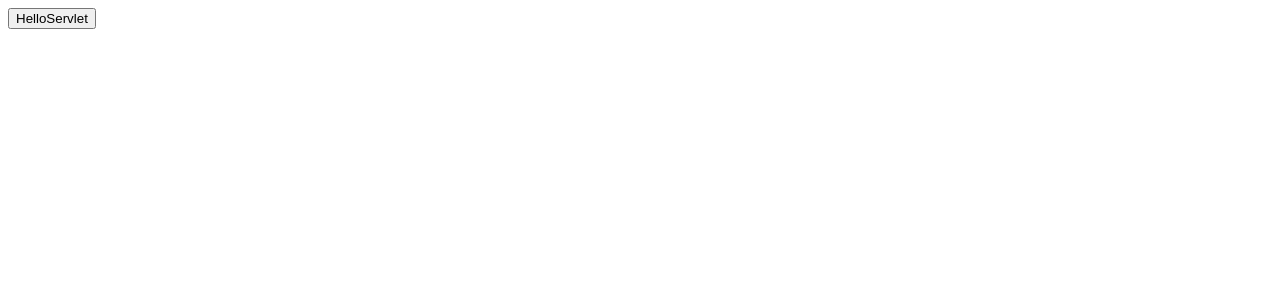
Repository: Rush-light/backup
Page: http://localhost/Helloservlet/
These files come from the project's save history. The page is drawn as it stood at one moment and after the next save; the edit follows.
The browser window is 1280 px wide. The pictures show the whole page.
The page is served by Tomcat 9. Other server files are loaded and not shown.

Above is the page before, as saved 2018-02-05 11:33:06.

### Helloservlet/WebContent/index.jsp
<%@ page language="java" contentType="text/html; charset=UTF-8"
    pageEncoding="UTF-8"%>
<!DOCTYPE html PUBLIC "-//W3C//DTD HTML 4.01 Transitional//EN" "http://www.w3.org/TR/html4/loose.dtd">
<html>
<head>
<meta http-equiv="Content-Type" content="text/html; charset=UTF-8">
<title>HelloServlet</title>
</head>
<body>

<input type="button" value="HelloServlet" onClick="location.href='HelloServlet'">

</body>
</html>

After the next save:
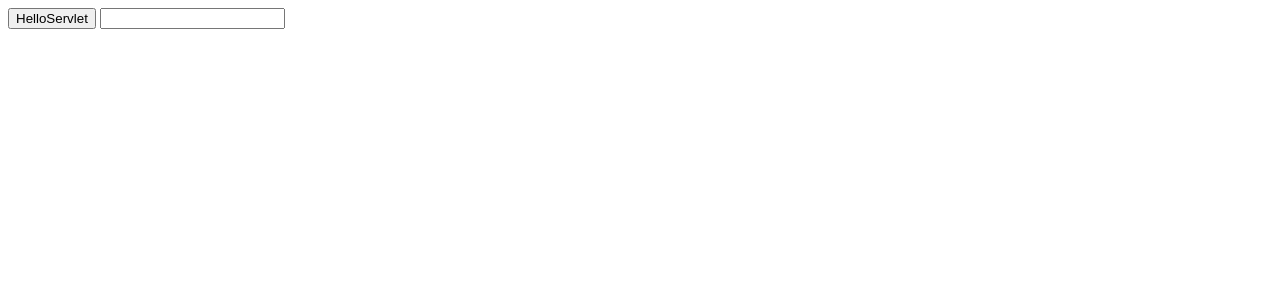
Saved 4 min 51 s later.
--- a/Helloservlet/WebContent/index.jsp
+++ b/Helloservlet/WebContent/index.jsp
@@ -9,6 +9,7 @@
 <body>
 
 <input type="button" value="HelloServlet" onClick="location.href='HelloServlet'">
+<input type="java" contentType="text/html; charaset=UTF-8" pageEncoding="UTF-8">
 
 </body>
 </html>
